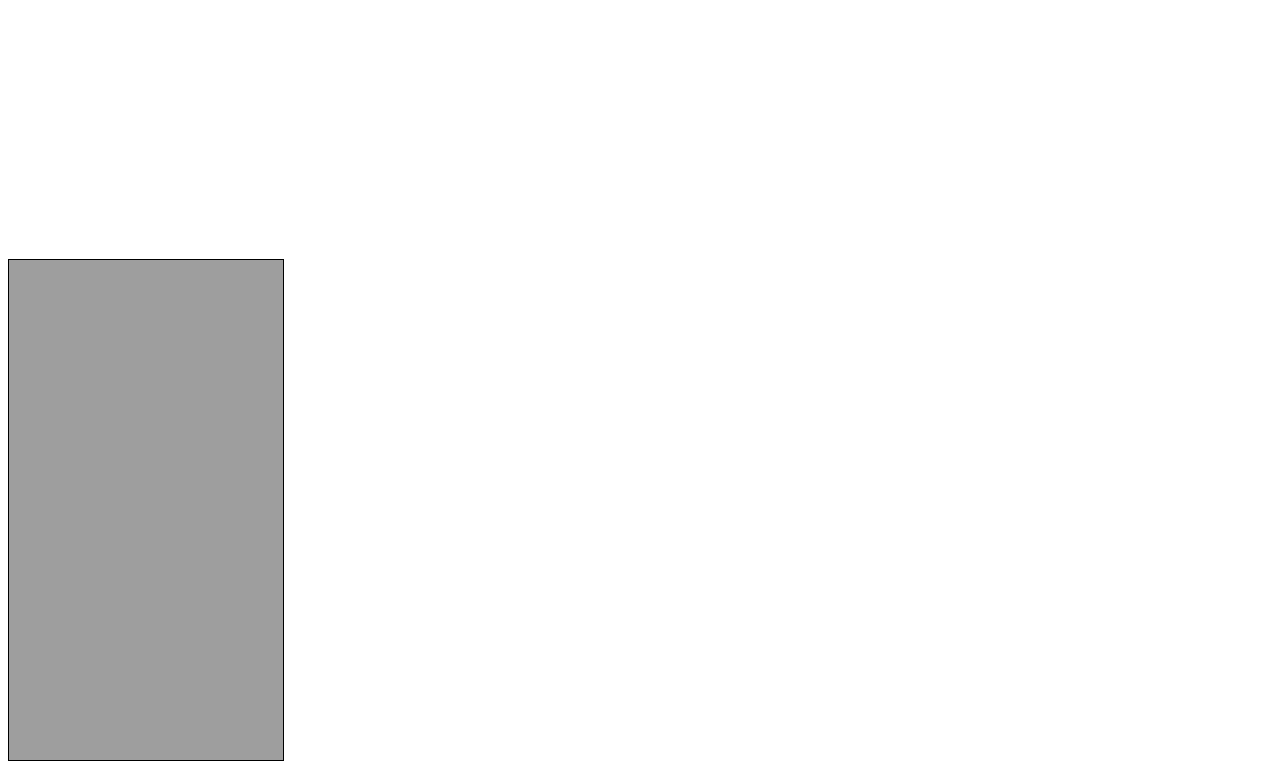
Repository: Tranduchieu2002/FlappyBird
Page: Flappy.html
An editor plug-in stored every save of this project. The page is shown before and after the next save, followed by the edit.
The browser window is 1280 px wide. The pictures show the whole page.

Above is the page before, as saved 2021-09-14 15:03:09.

### Flappy.html
<!DOCTYPE html>
<html lang="en">
<head>
   <meta charset="UTF-8">
   <meta http-equiv="X-UA-Compatible" content="IE=edge">
   <meta name="viewport" content="width=device-width, initial-scale=1.0">
   <title>Document</title>
   <style>
      canvas  {
         border: 1px solid;
         transform: translateY(50%)
      }
   </style>
</head>
<body>
   <canvas id="canvas" width="274px" height="500px">

   </canvas>
   <script src="index.js"></script>
</body>
</html>

### index.js
const cvs = document.querySelector("canvas");
const ctx = cvs.getContext("2d");
var bird = new Image();
var bg = new Image();
let fg = new Image();
let pipeSouth = new Image();
let pipeNorth = new Image();
console.log(pipeNorth.length, pipeSouth.length);
fg.src =
  "https://raw.githubusercontent.com/CodeExplainedRepo/FlappyBird-JavaScript/master/images/fg.png";
pipeNorth.src =
  "https://raw.githubusercontent.com/CodeExplainedRepo/FlappyBird-JavaScript/master/images/pipeNorth.png";
pipeSouth.src =
  "https://raw.githubusercontent.com/CodeExplainedRepo/FlappyBird-JavaScript/master/images/pipeSouth.png";
bird.src =
  "https://e7.pngegg.com/pngimages/328/754/png-clipart-flappy-bird-blue-minecraft-bird-flappy-bird-bird.png";
bg.src =
  "https://raw.githubusercontent.com/CodeExplainedRepo/FlappyBird-JavaScript/master/images/bg.png";
(function draw() {
  const fh = 50;
  const hC = cvs.height;
  let Bx = 50;
  let By = 50;
  let hPassForCg = 7 * fh;
  ctx.drawImage(pipeNorth, 100, 0);
  ctx.drawImage(bg, 0, 0);
  ctx.drawImage(bird, 0, 0, 50, 50);
  ctx.drawImage(fg, 0, hC - fg.height);
  requestAnimationFrame(draw);
})();

After the next save:
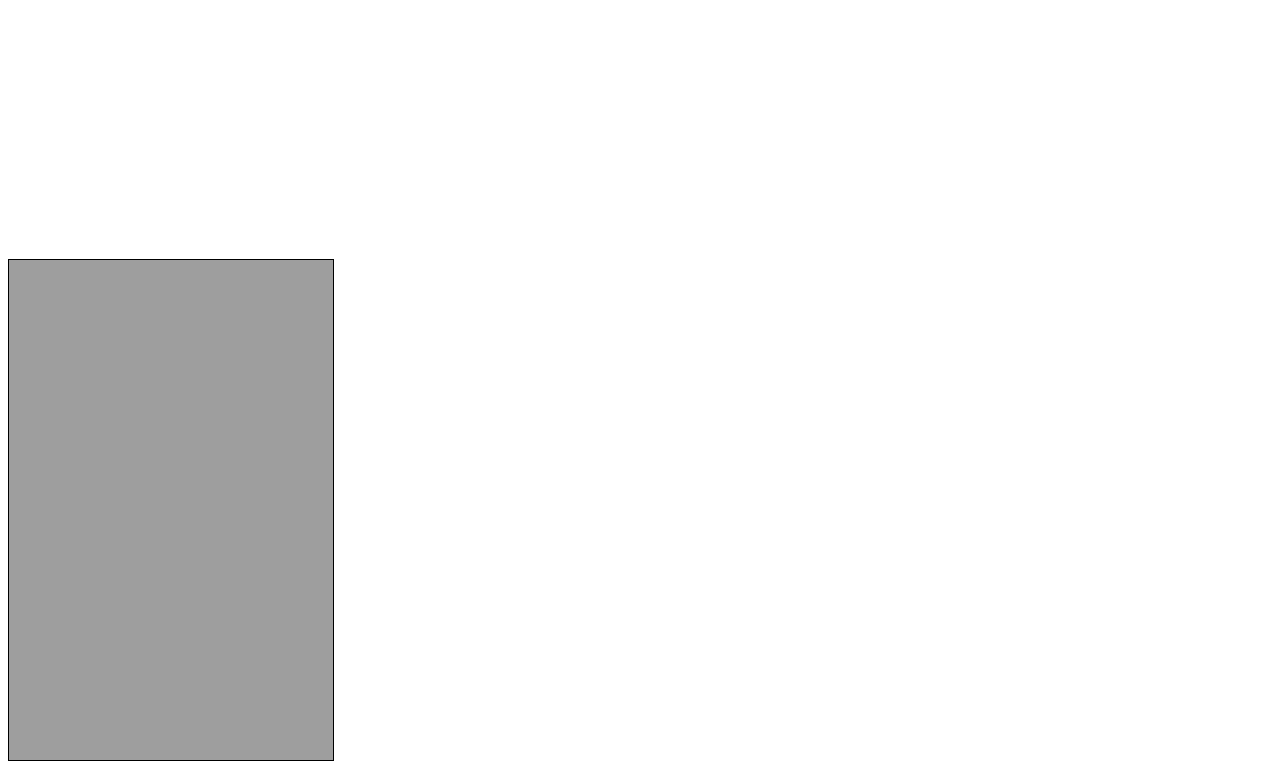
Saved 4 s later.
--- a/Flappy.html
+++ b/Flappy.html
@@ -13,7 +13,7 @@
    </style>
 </head>
 <body>
-   <canvas id="canvas" width="274px" height="500px">
+   <canvas id="canvas" width="324px" height="500px">
 
    </canvas>
    <script src="index.js"></script>
